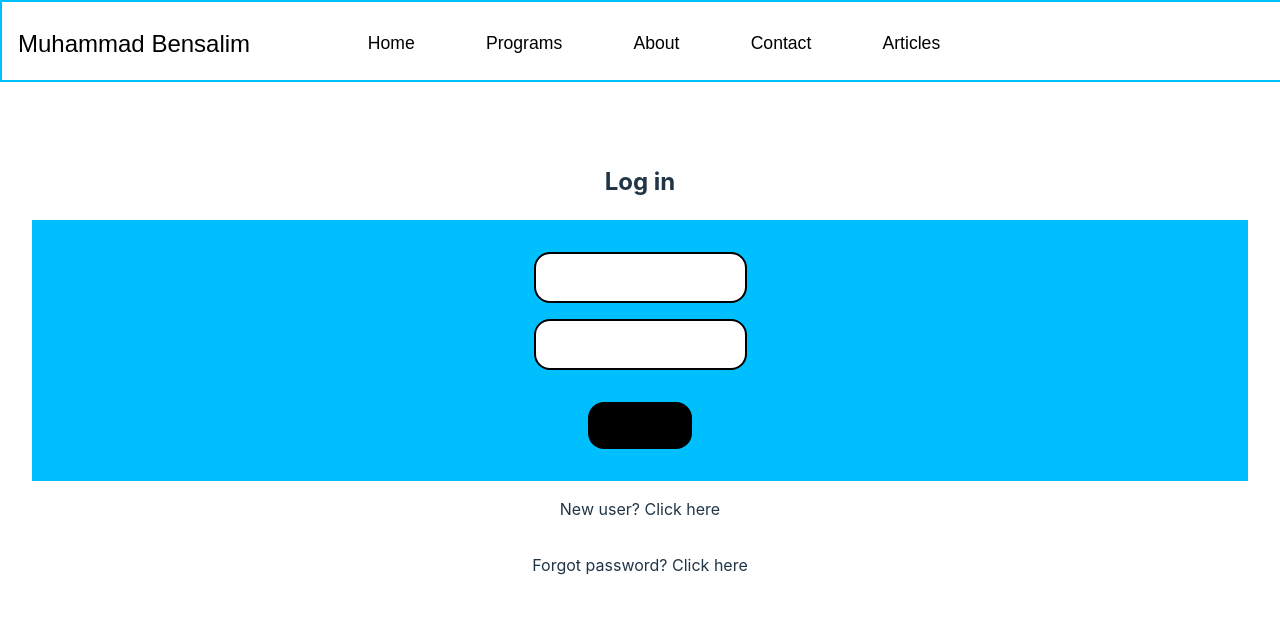
Repository: TMuse333/fitness_templates
Page: /progress
An editor plug-in stored every save of this project. The page is shown before and after the next save, followed by the edit.
The browser window is 1280 px wide. The pictures show the whole page.
The pointer rests on the first visible `.login-button`.
The project was rebuilt for these pictures with package versions that can differ from the ones it lists, and the page was loaded fresh each time. Also part of the build but not shown: vite.config.js, src/components/herobanner/herobanner.css, src/components/herobanner/herobanner.jsx, src/components/about/about.css, src/components/about/about.jsx, src/components/serviceOffering/serviceOffering.css, src/components/serviceOffering/serviceOffering.jsx, src/data/data.js and 33 more. Imported but missing from the stored project, and not drawn on this page: src/media/best_dunk.mp4.

Above is the page before, as saved 2024-03-09 19:38:07.

After the next save:
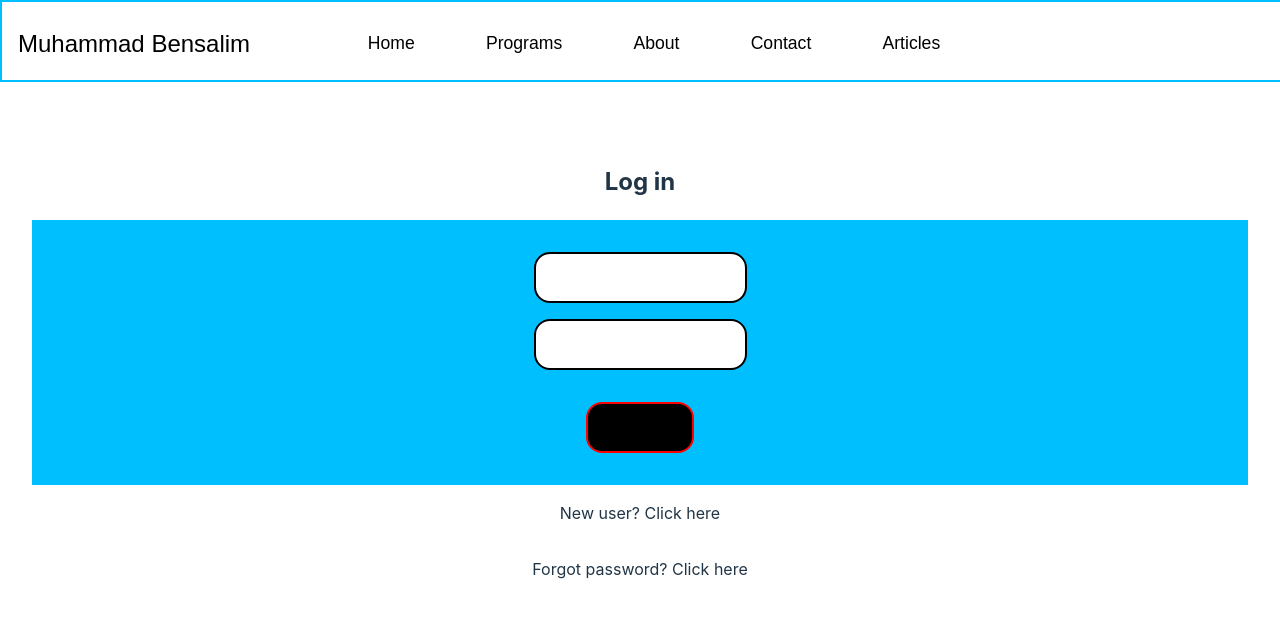
Saved 4 s later.
--- a/src/components/login/login.css
+++ b/src/components/login/login.css
@@ -21,7 +21,7 @@
 }
 
 .login-button:hover{
-    border: 2px red red;
+    border: 2px solid red;
 }
 
 .login-box input::placeholder {
